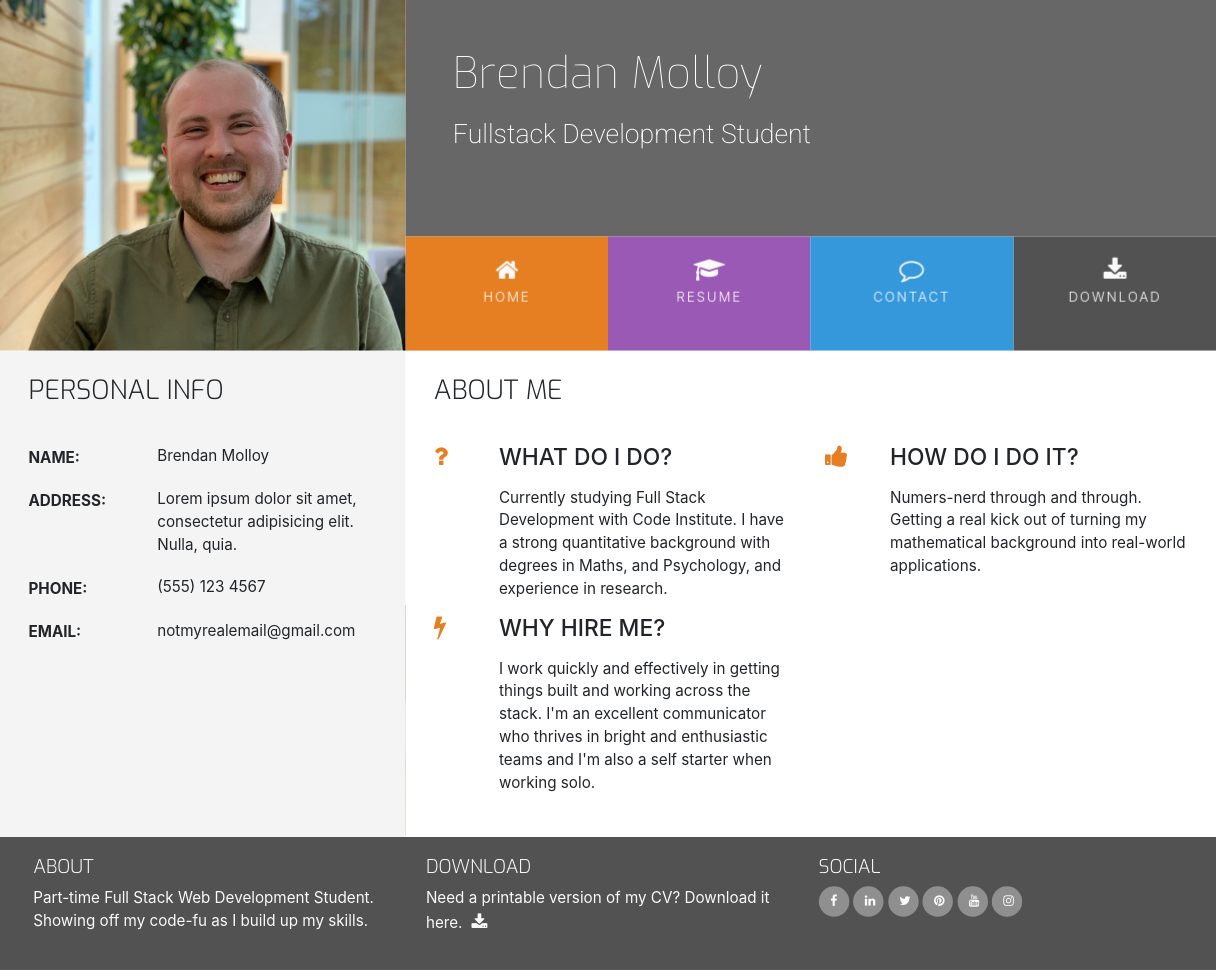
Repository: BrendanMolloy/my-web-cv
Page: index.html
The author's editor kept a record of every edit. The page is drawn from the files as they stood at one moment, then again after the next edit.
The browser window is 1280 px wide. The pictures show the whole page, at 95% of full size.

Above is the page before.

After the next edit:
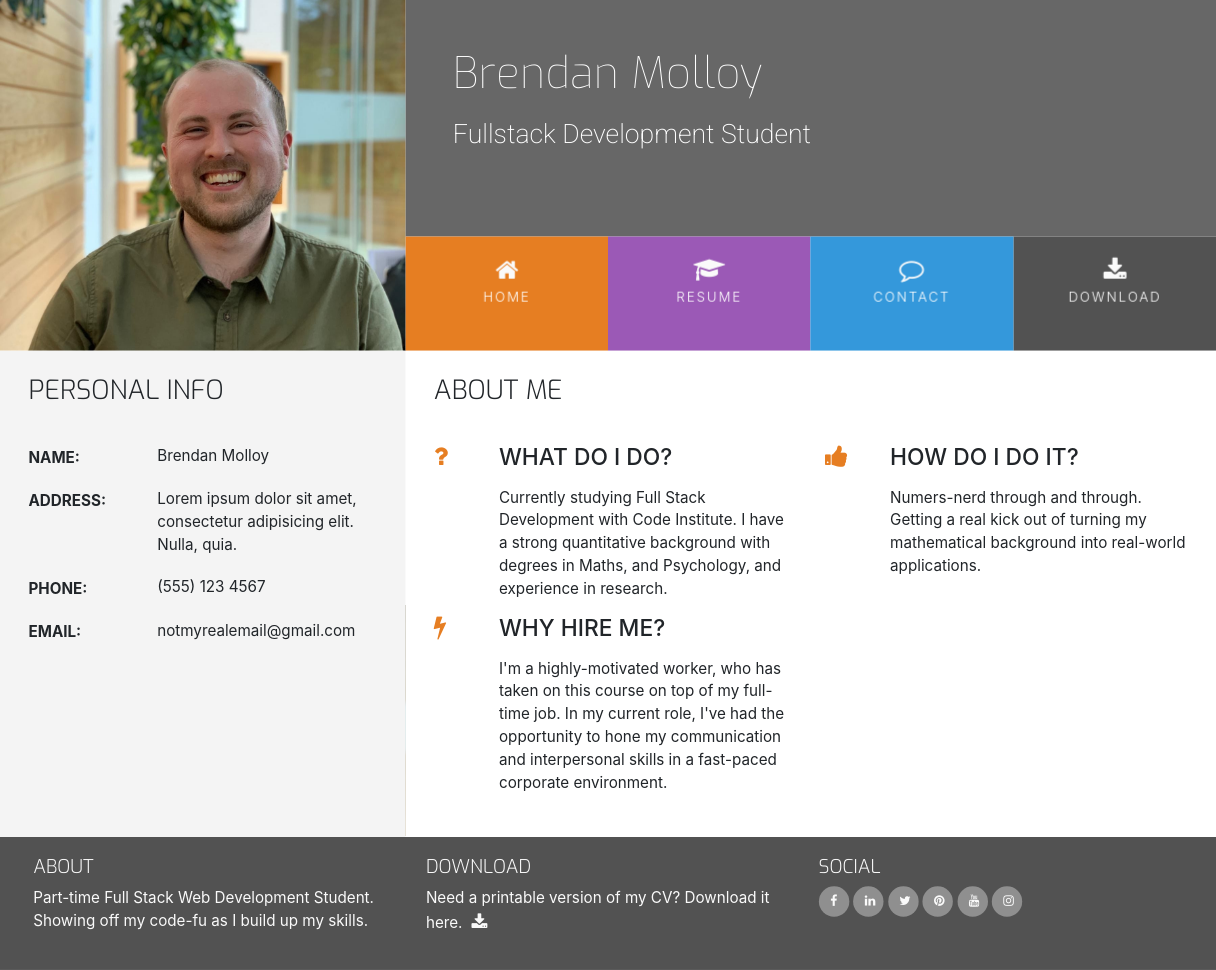
The edit:
--- a/index.html
+++ b/index.html
@@ -146,7 +146,7 @@
                             <div class="col-10">
                                 <h4 class="three-reasons-heading uppercase">Why hire me?</h4>
                                 <p>
-                                    I work quickly and effectively in getting things built and working across the stack. I'm an excellent communicator who thrives in bright and enthusiastic teams and I'm also a self starter when working solo.
+                                    I'm a highly-motivated worker, who has taken on this course on top of my full-time job. In my current role, I've had the opportunity to hone my communication and interpersonal skills in a fast-paced corporate environment.
                                 </p>
                             </div>
                         </div>
